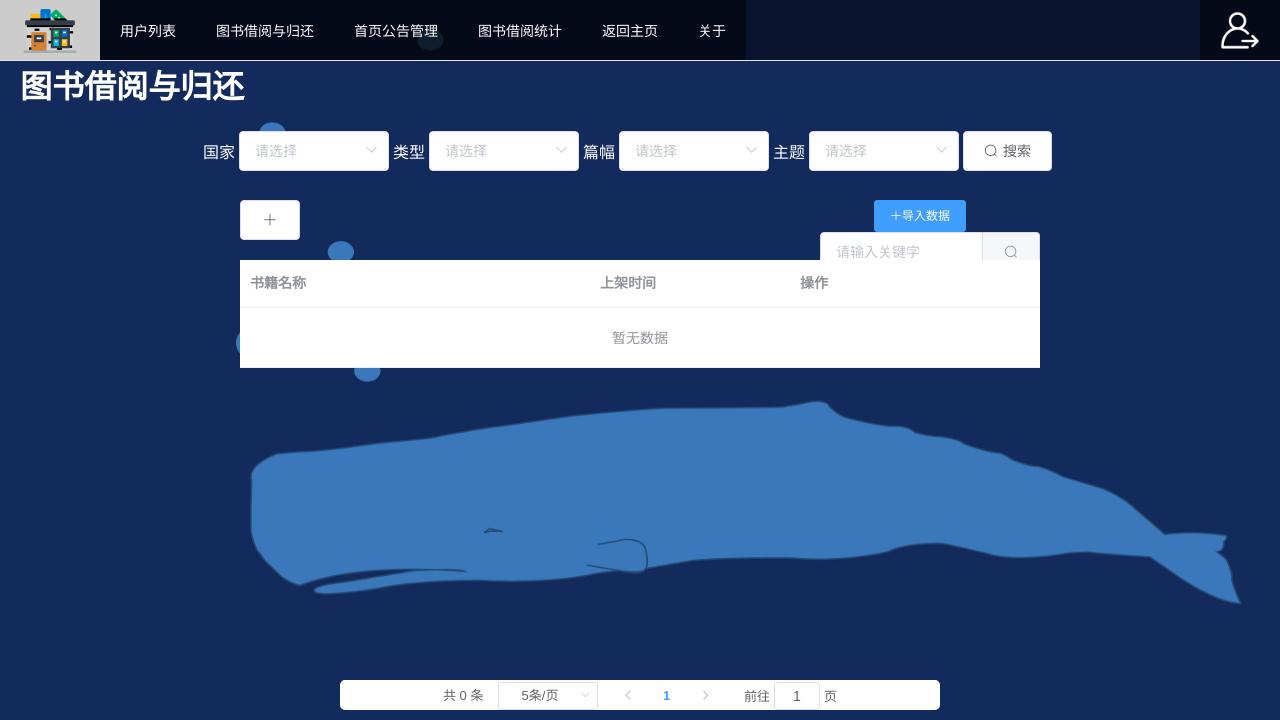
Repository: Akron-xz/helloVue
Page: /#/booksearch (app in vue-library/)
The author's editor kept a copy of each file at every save. The page is drawn from the files as they stood at one save, then again after the next save.
The browser window is 1280 px wide. The pictures show the whole page.
The page's requests for data from a server got no answer. The project was rebuilt for these pictures with package versions that can differ from the ones it lists, and the page was loaded fresh each time. No one was signed in, and anything a server would have sent is missing. Also part of the build but not shown: vue-library/src/components/homeNav.vue, vue-library/src/views/Home.vue.

Above is the page before, as saved 2020-11-26 17:46:13.

### vue-library/src/main.js
import Vue from 'vue'
import App from './App.vue'
import ElementUI from 'element-ui';
import 'element-ui/lib/theme-chalk/index.css';
import axios from "axios"
import router from './router'
import Router from 'vue-router'

const routerPush = Router.prototype.push
Router.prototype.push = function push(location) {
    return routerPush.call(this, location).catch(error => error)
}

Vue.config.productionTip = false
Vue.use(ElementUI);
Vue.prototype.$axios = axios;


new Vue({
    router,
    render: h => h(App)
}).$mount('#app')

### vue-library/src/views/BookSearch.vue
<template >
  <div class="search-container">
    <Navigation></Navigation>

    <div v-show="ModifyTableDisplay">
      <div v-show="InsertTableDisplay">
        <h1 class="search-title">图书借阅与归还</h1>
        <div class="choiceBox">
          <table :rules="rules" ref="ruleForm">
            <tr>
              <td class="select-header">国家</td>
              <td>
                <el-select
                  v-model="couId"
                  placeholder="请选择"
                  style="width: 150px"
                  clearable
                >
                  <el-option
                    v-for="item in country"
                    :key="item.countryId"
                    :label="item.countryName"
                    :value="item.countryId"
                  ></el-option>
                </el-select>
              </td>
              <td class="select-header">类型</td>
              <td>
                <el-select
                  v-model="tyId"
                  placeholder="请选择"
                  style="width: 150px"
                  clearable
                >
                  <el-option
                    v-for="item in type"
                    :key="item.typeId"
                    :label="item.typeName"
                    :value="item.typeId"
                  ></el-option>
                </el-select>
              </td>
              <td class="select-header">篇幅</td>
              <td>
                <el-select
                  v-model="pagenumber"
                  placeholder="请选择"
                  style="width: 150px"
                  clearable
                >
                  <el-option
                    v-for="item in pages"
                    :key="item.pageId"
                    :label="item.pageName"
                    :value="item.pageId"
                  ></el-option>
                </el-select>
              </td>
              <td class="select-header">主题</td>
              <td>
                <el-select
                  v-model="thId"
                  placeholder="请选择"
                  style="width: 150px"
                  clearable
                >
                  <el-option
                    v-for="item in theme"
                    :key="item.themeId"
                    :label="item.themeName"
                    :value="item.themeId"
                  ></el-option>
                </el-select>
              </td>
              <td>
                <el-button type="" icon="el-icon-search" @click="selectByLabel"
                  >搜索</el-button
                >
              </td>
            </tr>
          </table>
        </div>

        <div class="searchBox">
          <el-button
            class="insert-btn"
            type=""
            icon="el-icon-plus"
            @click="MsgInsert"
          ></el-button>

          <el-upload
            ref="upload"
            :action="uploadUrl"
            :limit="1"
            :before-upload="beforeUpload"
            :headers="token"
            :data="importData"
            accept=".xls"
            class="up-class"
            :on-success="uploadSuccess"
            :show-file-list="false"
            :auto-upload="true"
          >
            <el-button
              slot="trigger"
              size="small"
              type="primary"
              class="el-icon-plus el-icon-upload"
              >导入数据</el-button
            >
          </el-upload>

          <!--<el-button type="success" plain class="bulkImport-btn">批量导入</el-button>-->
          <el-input
            placeholder="请输入关键字"
            style="width: 220px"
            class="input-with-select"
            v-model="key"
            @keyup.enter.native="searchContent"
          >
            <el-button
              slot="append"
              icon="el-icon-search"
              @click="selectByKey"
            ></el-button>
          </el-input>
        </div>

        <div class="table-box">
          <el-table
            :data="
              lists.slice(
                (page.currentPage - 1) * page.pageSize,
                page.currentPage * page.pageSize
              )
            "
            max-height="350"
            style="width: 100%"
          >
            <el-table-column prop="bookName" label="书籍名称" width="350">
            </el-table-column>
            <el-table-column prop="onTimeStr" label="上架时间" width="200">
            </el-table-column>
            <el-table-column label="操作">
              <template slot-scope="scope">
                <el-button
                  @click="MsgModify(scope.row)"
                  type="primary "
                  class="edit-btn"
                  size="small"
                  >编辑</el-button
                >
                <el-button
                  @click="bookHistoryOfUser(scope.row)"
                  type="primary "
                  class="edit-btn"
                  size="small"
                  >查看</el-button
                >
              </template>
            </el-table-column>
          </el-table>
        </div>
        <!-- 分页器 -->
        <div class="block" style="margin-top: 465px">
          <el-pagination
            align="center"
            @size-change="handleSizeChange"
            @current-change="handleCurrentChange"
            :current-page="page.currentPage"
            :page-sizes="[1, 5, 10, 20]"
            :page-size="page.pageSize"
            layout="total, sizes, prev, pager, next, jumper"
            :total="lists.length"
            style="cursor: pointer"
            title="回车确认"
          >
          </el-pagination>
        </div>
      </div>
    </div>
    <!-- 添加书籍弹窗 -->

    <div class="MsgModify-box" v-show="!InsertTableDisplay">
      <div class="bookName-box">
        书名<input
          type="text"
          v-model="addBookData.bookName"
          style="width: 752px; height: 35px"
          placeholder="请输入"
        />
      </div>
      <table>
        <!-- <tr>

          <td style="font-size: 25px">书名</td>
          <td>
            <input type="text" v-model="addBookData.bookName" style="width: 210px; height: 35px"
              placeholder="请输入"
            />

          </td>
        </tr>-->
        <tr>
          <td>国家</td>
          <td>
            <el-select
              v-model="addBookData.country.countryId"
              placeholder="请选择"
              clearable
            >
              <el-option
                v-for="item in country"
                :key="item.countryId"
                :label="item.countryName"
                :value="item.countryId"
              ></el-option>
            </el-select>
          </td>
          <td>类型</td>
          <td>
            <el-select
              v-model="addBookData.type.typeId"
              placeholder="请选择"
              clearable
            >
              <el-option
                v-for="item in type"
                :key="item.typeId"
                :label="item.typeName"
                :value="item.typeId"
              ></el-option>
            </el-select>
          </td>
          <td>上架数量</td>
          <td>
            <el-input placeholder="上架数量" v-model="addBookData.onNumber">
            </el-input>
          </td>
        </tr>
        <tr>
          <td>篇幅</td>
          <td>
            <el-select
              v-model="addBookData.pages"
              placeholder="请选择"
              clearable
            >
              <el-option
                v-for="item in pages"
                :key="item.pageId"
                :label="item.pageName"
                :value="item.pageId"
              ></el-option>
            </el-select>
          </td>
          <td>主题</td>
          <td>
            <el-select
              v-model="addBookData.theme.themeId"
              placeholder="请选择"
              clearable
            >
              <el-option
                v-for="item in theme"
                :key="item.themeId"
                :label="item.themeName"
                :value="item.themeId"
              >
              </el-option>
            </el-select>
          </td>
          <td>下架数量</td>
          <td>
            <el-input v-model="addBookData.offNumId"></el-input>
          </td>
        </tr>
        <tr>
          <td>简介:</td>
        </tr>
        <div class="briefBox">
          <textarea
            name="txt"
            clos="50"
            rows="5"
            warp="virtual"
            style="width: 760px; height: 150px"
            v-model="addBookData.brief"
          ></textarea>
          <div class="MsgSave-btn">
            <el-button type="primary" @click="MsgSaveI()">保存</el-button>
          </div>
        </div>
      </table>
    </div>
    <!-- 编辑弹窗 -->
    <div class="MsgModify-box" v-show="!ModifyTableDisplay">
      <div class="bookName-box">
        书名<input
          type="text"
          v-model="bookData[0].bookName"
          style="width: 752px; height: 35px"
        />
      </div>
      <table>
        <!--<tr>
          <td></td>
          <td></td>
          <td style="font-size: 25px">书名</td>
          <td>
            <input
              type="text"
              v-model="bookData[0].bookName"
              style="width: 210px; height: 35px"
            />
          </td>
        </tr>-->
        <tr>
          <td>国家</td>
          <td>
            <el-select
              v-model="bookData[0].country.countryId"
              placeholder="请选择"
              clearable
            >
              <el-option
                v-for="item in country"
                :key="item.countryId"
                :label="item.countryName"
                :value="item.countryId"
              ></el-option>
            </el-select>
          </td>
          <td>类型</td>
          <td>
            <el-select
              v-model="bookData[0].type.typeId"
              placeholder="请选择"
              clearable
            >
              <el-option
                v-for="item in type"
                :key="item.typeId"
                :label="item.typeName"
                :value="item.typeId"
              ></el-option>
            </el-select>
          </td>
          <td>上架数量</td>
          <td>
            <el-input
              v-model="bookData[0].onNumber"
              placeholder="上架数量"
            ></el-input>
          </td>
        </tr>
        <tr>
          <td>篇幅</td>
          <td>
            <el-select
              v-model="bookData[0].pages"
              placeholder="请选择"
              clearable
            >
              <el-option
                v-for="item in pages"
                :key="item.pageId"
                :label="item.pageName"
                :value="item.pageId"
              ></el-option>
            </el-select>
          </td>
          <td>主题</td>
          <td>
            <el-select
              v-model="bookData[0].theme.themeId"
              placeholder="请选择"
              clearable
            >
              <el-option
                v-for="item in theme"
                :key="item.themeId"
                :label="item.themeName"
                :value="item.themeId"
              >
              </el-option>
            </el-select>
          </td>
          <td>下架数量</td>
          <td>
            <el-input
              v-model="bookData[0].offNumber"
              placeholder="下架数量"
            ></el-input>
          </td>
        </tr>
        <tr>
          <td>简介</td>
        </tr>
      </table>
      <div class="briefBox">
        <textarea
          name="txt"
          clos=",50"
          rows="5"
          warp="virtual"
          style="width: 760px; height: 150px"
          v-model="bookData[0].brief"
        ></textarea>
        <div class="MsgSave-btn">
          <el-button type="primary" @click="MsgSaveM">保存</el-button>
        </div>
      </div>
    </div>
    <el-dialog
      title="借阅用户"
      :visible.sync="bookHistoryIfo"
      :append-to-body="true"
      :modal-append-to-body="false"
      :center="true"
    >
      <el-table :data="borrowLists">
        <el-table-column
          property="user.name"
          label="用户名"
          width="80"
        ></el-table-column>
        <el-table-column
          property="borrowTimeStr"
          label="借阅时间"
          width="150"
        ></el-table-column>
        <el-table-column
          property="returnTimeStr"
          label="归还时间"
          width="150"
        ></el-table-column>
        <el-table-column property="borrowStatesStr" label="状态" width="150">
        </el-table-column>
      </el-table>
    </el-dialog>
  </div>
</template>
<script>
import Navigation from "@/components/Nav.vue";
import axios from "axios";
export default {
  components: {
    Navigation,
  },
  methods: {
    // 编辑按钮
    MsgModify(row) {
      this.ModifyTableDisplay = !this.ModifyTableDisplay;
      this.bookData = [row];
      console.log(this.bookName);
      console.log(row);
    },
    //
    bookHistoryOfUser(row) {
      this.bookHistoryIfo = !this.bookHistoryIfo;
      this.bookData = [row];
      axios({
        method: "get",
        url: "http://192.168.3.23:8081/book/borrows",
        params: {
          id: this.bookData[0].bookId,
        },
      }).then((res) => {
        console.log(res.data);
        this.borrowLists = res.data;
        // this.borrowLists.userName = res.data.user.name;
        // this.borrowLists.borrowTime = res.data.borrowTimeStr;
        // this.borrowLists.returnTime = res.data.returnTimeStr
        // this.borrowLists.borrowStates = res.data.borrowStates ? "借出" : "归还";
        console.log(this.borrowLists);
      });
    },
    // 保存按钮
    MsgSaveM() {
      if (this.bookData[0].bookName == "") {
        this.$message({
          message: "书名不能为空",
          type: "error",
        });
      } else {
        axios({
          method: "post",
          url: "http://192.168.3.23:8081/book/update/",
          data: {
            bookId: this.bookData[0].bookId,
            bookName: this.bookData[0].bookName,
            country: {
              countryId: this.bookData[0].country.countryId,
            },
            type: {
              typeId: this.bookData[0].type.typeId,
            },
            theme: {
              themeId: this.bookData[0].theme.themeId,
            },
            brief: this.bookData[0].brief,
            onNumber: this.bookData[0].onNumber,
            offNumber: this.bookData[0].offNumber,
            pages: this.bookData[0].pages,
            onTime: this.bookData[0].onTime,
            offTime: this.bookData[0].offTime,
            surplusNumber:
              this.bookData[0].onNumber - this.bookData[0].offNumber,
            borrows: this.bookData[0].borrows,
          },
        }).then((res) => {
          this.$message({
            message: "图书" + res.data,
            type: "success",
          });
        });
        this.ModifyTableDisplay = !this.ModifyTableDisplay;
      }
    },
    MsgInsert() {
      this.InsertTableDisplay = !this.InsertTableDisplay;
    },
    MsgSaveI() {
      axios({
        method: "post",
        url: "http://192.168.3.23:8081/book/add/",
        data: {
          bookName: this.addBookData.bookName,
          country: {
            countryId: this.addBookData.country.countryId,
          },
          type: {
            typeId: this.addBookData.type.typeId,
          },
          theme: {
            themeId: this.addBookData.theme.themeId,
          },
          brief: this.addBookData.brief,
          onNumber: this.addBookData.onNumber,
          pages: this.addBookData.pages,
          offNumber: 0,
          surplusNumber: this.addBookData.onNumber,
        },
      });
      this.InsertTableDisplay = !this.InsertTableDisplay;
    },

    handleSizeChange(val) {
      console.log(`每页 ${val} 条`);
      this.page.currentPage = 1;
      this.page.pageSize = val;
    },
    handleCurrentChange(val) {
      console.log(`当前页: ${val}`);
      this.page.currentPage = val;
    },
    selectByLabel() {
      axios
        .post(
          "http://192.168.3.23:8081/book/list/label",

          {
            countryId: this.couId,
            typeId: this.tyId,
            themeId: this.thId,
            lengthRange: this.pagenumber,
          },
          { emulateJSON: true }
        )
        .then((res) => {
          this.lists = res.data;
          console.log(this.lists);
        })
        .catch((err) => console.log("error...", err));
    },
    selectByKey() {
      axios
        .get("http://192.168.3.23:8081/book/list/key", {
          params: {
            key: this.key,
          },
        })
        .then((res) => {
          this.lists = res.data;
          this.key = "";
        })
        .catch((err) => console.log("error...", err));
    },
  },

  data() {
    return {
      couId: "",
      tyId: "",
      thId: "",
      input: "",
      onNumId: "",
      offNumId: "",
      key: "",
      pagenumber: "",
      borrowLists: [
        // {
        //   userName:"",
        //   borrowTime:"",
        //   returnTime:"",
        //   borrowStates:"",
        // }
      ],
      bookData: [
        {
          bookId: 0,
          bookName: "1",
          country: {
            countryId: "",
            countryName: "",
          },
          type: {
            typeId: 0,
            typeName: "",
          },
          theme: {
            themeId: 0,
            themeName: "",
          },
          onNumber: 0,
          offNumber: 0,
          pages: 0,
          brief: "暂无",
          onTime: "",
          offTime: "",
          surplusNumber: "",
          borrows: "",
        },
      ],
      bookName: "",
      bookHistoryIfo: false,
      ModifyTableDisplay: true,
      InsertTableDisplay: true,
      brief: "暂无",
      book_name: "",
      lists: [],
      country: [
        {
          countryId: 0,
          countryName: "",
        },
      ],

      // 类型
      type: [
        {
          typeId: 0,
          typeName: "",
        },
      ],

      pages: [
        {
          pageId: 1,
          pageName: "短篇",
        },
        {
          pageId: 2,
          pageName: "中篇",
        },
        {
          pageId: 3,
          pageName: "长篇",
        },
        {
          pageId: 4,
          pageName: "超长篇",
        },
      ],

      theme: [
        {
          themeId: 0,
          themeName: "",
        },
      ],

      onNumber: [
        {
          onNumberId: 0,
          onNumber: 0,
        },
      ],

      offNumber: [
        {
          offNumberId: 0,
          offNumber: 0,
        },
      ],

      page: {
        currentPage: 1, // 当前页码
        total: 20, // 总条数
        pageSize: 5, // 每页的数据条数
      },
      tableData: [
        {
          bookName: "1",
          country: {
            countryId: 0,
            countryName: "",
          },

          type: "3",
          theme: "4",
          brief: "5",
        },
      ],
      addBookData: {
        bookName: "",
        country: {
          countryId: "",
          countryName: "",
        },
        type: {
          typeId: "",
          typeName: "",
        },
        theme: {
          themeId: "",
          themeName: "",
        },
        onNumber: 0,
        offNumber: 0,
        pages: "",
        brief: "暂无",
      },
      rules: {
        bookName: [
          { required: true, message: "选择不能为空", trigger: "change" },
        ],
      },
    };
  },
  created() {
    axios

      .get("http://192.168.3.23:8081/book/list", {})
      .then((res) => {
        this.lists = res.data;
      })
      .catch((err) => console.log("error...", err));

    axios.get("http://192.168.3.23:8081/country/list").then((res) => {
      this.country = res.data;
    });
    axios.get("http://192.168.3.23:8081/type/list").then((res) => {
      this.type = res.data;
    });
    axios.get("http://192.168.3.23:8081/theme/list").then((res) => {
      this.theme = res.data;
    });
  },
};
</script>

<style scoped>
.search-container {
  position: fixed;
  left: 0;
  top: 0;
  width: 100%;
  height: 100%;
  background-image: url(/img/divBg/bg34.jpg);
  background-size: 100% 100%;
}

.choiceBox {
  position: fixed;
  width: 1000px;
  right: 50%;
  margin-right: -560px;
}
.table-box {
  position: fixed;
  top: 260px;
  left: 50%;
  margin-left: -400px;
  width: 800px;
}

.search-title {
  margin-top: 0px;
  margin-left: 20px;
  text-align: left;
  font-size: 32px;
  color: white;
}
.MsgModify-box {
  position: fixed;
  top: 240px;
  right: 50%;
  margin-right: -410px;
  color: white;
}
.briefBox {
  position: fixed;
  top: 335px;
  right: 50%;
  margin-right: -410px;
}
.searchBox {
  position: fixed;
  top: 200px;
  width: 200px;
  right: 50%;
  margin-right: -380px;
}
.select-header {
  color: white;
}
.insert-btn {
  position: fixed;
  width: 60px;
  right: 50%;
  margin-right: 340px;
}
.bookName-box {
  position: fixed;
  width: 800px;
  right: 50%;
  margin-right: -407px;
  top: 200px;
  font-size: 20px;
}
.block {
  position: fixed;
  bottom: 10px;
  width: 600px;
  height: 30px;
  left: 50%;
  margin-left: -300px;
  background-color: white;
  border-radius: 5px;
}
.bulkImport-btn {
  position: fixed;
  width: 90px;
  right: 50%;
  margin-right: 230px;
}
</style>

### vue-library/src/components/Nav.vue
<template>

     <div class="navigation-bar">
      <el-menu
        class="el-menu-demo"
        mode="horizontal"
        @select="handleSelect"
        background-color="#00000080"
        text-color="#ffffff"
        text-font="15px">

        <el-menu-item @click="toMain">
                <img src="/img/libraryIcon.png" alt="" target="_self" class="libraryIcon">
            </el-menu-item>

        <el-menu-item index="1" @click="toSearchClient">
          <a  target="_self"  >用户列表</a></el-menu-item
        >
        <el-menu-item index="2" @click="toBooks">
          <a  target="_self">图书借阅与归还</a>
        </el-menu-item>

        <el-menu-item index="3" @click="toAnnounce">
          <a  target="_self">首页公告管理</a>
        </el-menu-item>
        <el-menu-item index="4" @click="toStatistics">
          <a  target="_self">图书借阅统计</a></el-menu-item
        >
        <el-menu-item index="5" @click="toHome">
          <a  target="_self">返回主页</a>
        </el-menu-item>

        <el-menu-item index="6" class="exitIcon">
                <img src="/img/logoutIconWhite.png" alt="" target="_self" class="logoutIcon" @click="logOut">
        </el-menu-item>

        <el-menu-item index="5" @click="toThanks">
          <a  target="_self">关于</a>
        </el-menu-item>

      </el-menu>

    </div>
</template>

<script>
export default {
    name:"Nav",
    data() {
      return {
        activeIndex: '1'
      }
    },
    methods: {
    handleSelect(key, keyPath) {
      console.log(key, keyPath);
    },
    toMain(){
      this.$router.push({path:'/adminmain'});
    },

    toSearchClient(){
      this.$router.push({path:'/newissue'});
    },
    toSearchFile(){
      this.$router.push({path:'/signup'});
    },
    toAnnounce(){
      this.$router.push({path:'/modifyannounce'});
    },
    toBooks(){
      this.$router.push({path:'/booksearch'});
    },
    toStatistics(){
      this.$router.push({path:'/Statistics'});
    },
    toHome(){
      this.$router.push({path:'/'});
    },
    logOut(){
      this.$router.push({path:'/'});
    },
    toThanks(){
      this.$router.push({path:'/Thanks'});
    },

  },

}
</script>>

<style scoped>
.libraryIcon{
  height: 60px;
  width: 60px;
}

.exitIcon{
  float: right;
}

.logoutIcon{
  height: 40px;
  width: 40px;
}
</style>>

Loaded but not shown: vue-library/public/index.html (common file); vue-library/src/App.vue (common file); vue-library/src/router/index.js (125 lines, source omitted)

After the next save:
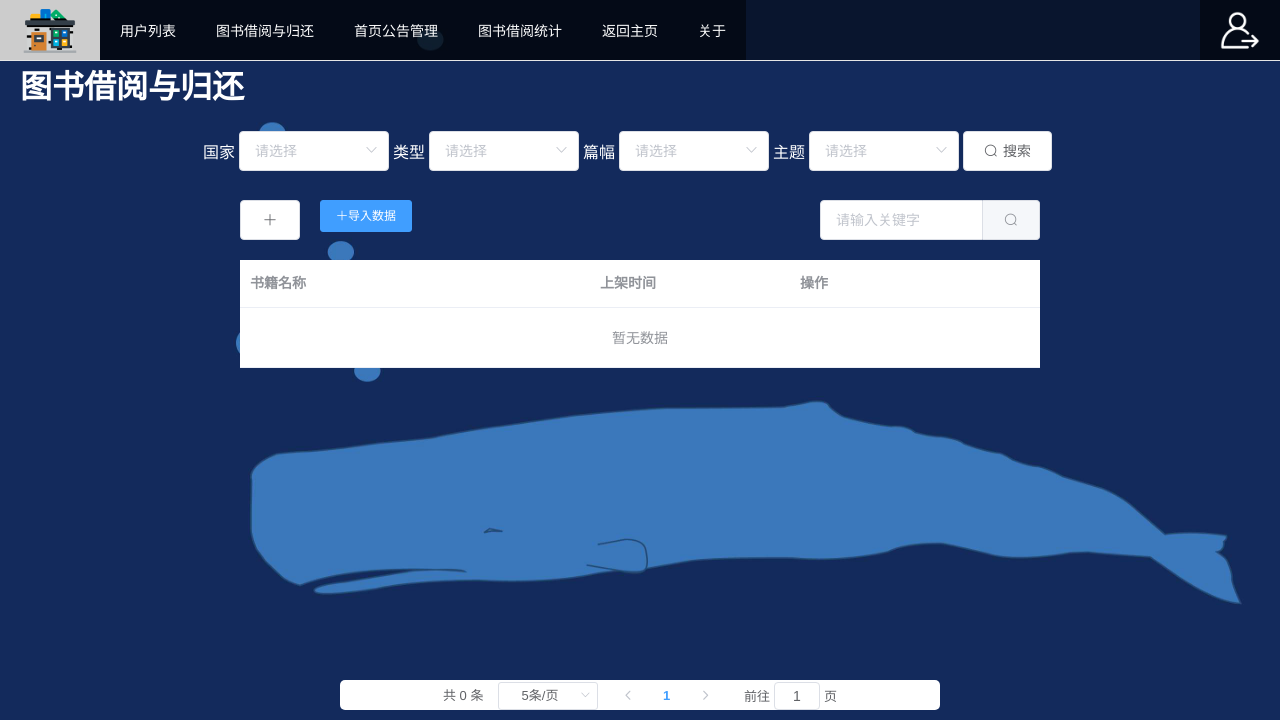
Saved 34 s later.
--- a/vue-library/src/views/BookSearch.vue
+++ b/vue-library/src/views/BookSearch.vue
@@ -97,7 +97,7 @@
             :headers="token"
             :data="importData"
             accept=".xls"
-            class="up-class"
+            class="bulkImport-btn"
             :on-success="uploadSuccess"
             :show-file-list="false"
             :auto-upload="true"
